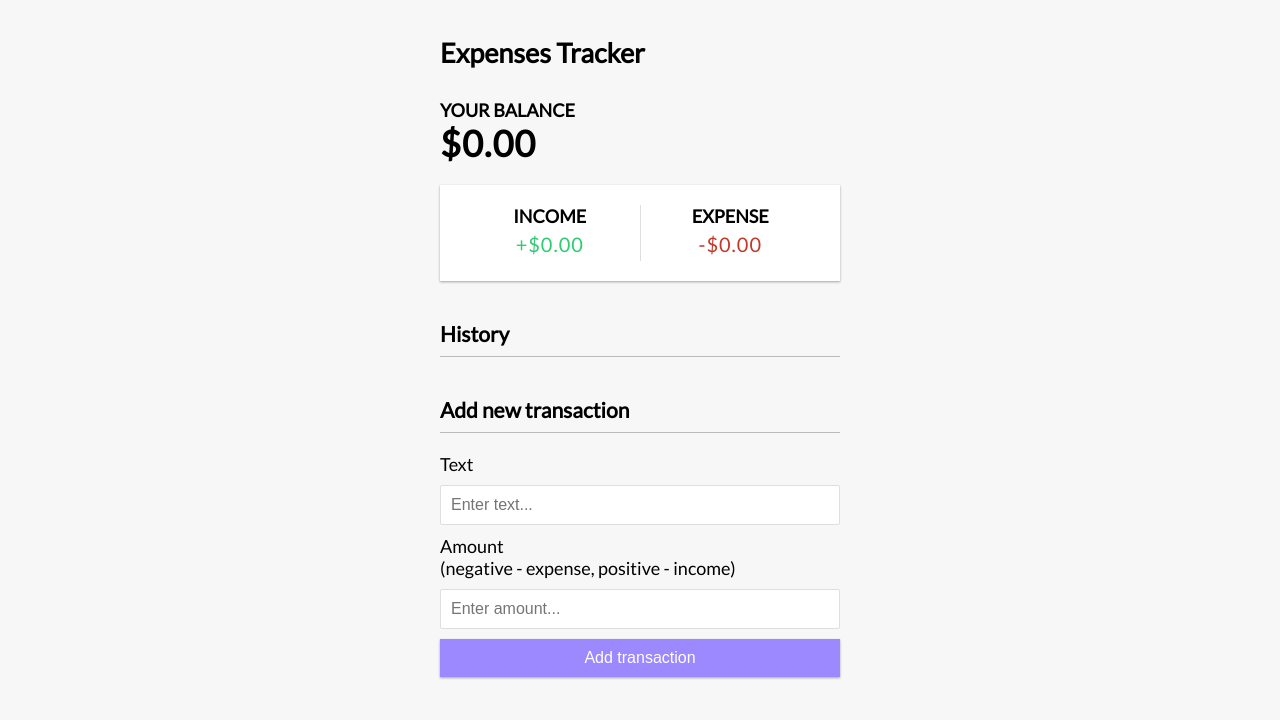
Repository: AyushMahatara/VUE-expense-tracker-app
Page: /
An editor plug-in stored every save of this project. The page is shown before and after a run of saves, followed by the edit.
The browser window is 1280 px wide. The pictures show the whole page.
The project was rebuilt for these pictures with package versions that can differ from the ones it lists, and the page was loaded fresh each time. Also part of the build but not shown: vite.config.js.

Above is the page before, as saved 2023-12-29 14:23:36.

### index.html
<!DOCTYPE html>
<html lang="en">
  <head>
    <meta charset="UTF-8" />
    <link rel="icon" href="/public/favicon.ico" />
    <meta name="viewport" content="width=device-width, initial-scale=1.0" />
    <title>Expense Tracker</title>
  </head>
  <body>
    <div id="app"></div>
    <script type="module" src="/src/main.js"></script>
  </body>
</html>

### src/assets/style.css
@import url("https://fonts.googleapis.com/css?family=Lato&display=swap");

:root {
  --box-shadow: 0 1px 3px rgba(0, 0, 0, 0.12), 0 1px 2px rgba(0, 0, 0, 0.24);
}

* {
  box-sizing: border-box;
}

body {
  background-color: #f7f7f7;
  display: flex;
  flex-direction: column;
  align-items: center;
  justify-content: center;
  min-height: 100vh;
  margin: 0;
  font-family: "Lato", sans-serif;
  font-size: 18px;
}

.container {
  margin: 30px auto;
  width: 400px;
}

h1 {
  letter-spacing: 1px;
  margin: 0;
}

h3 {
  border-bottom: 1px solid #bbb;
  padding-bottom: 10px;
  margin: 40px 0 10px;
}

h4 {
  margin: 0;
  text-transform: uppercase;
}

.inc-exp-container {
  background-color: #fff;
  box-shadow: var(--box-shadow);
  padding: 20px;
  display: flex;
  justify-content: space-between;
  margin: 20px 0;
}

.inc-exp-container > div {
  flex: 1;
  text-align: center;
}

.inc-exp-container > div:first-of-type {
  border-right: 1px solid #dedede;
}

.money {
  font-size: 20px;
  letter-spacing: 1px;
  margin: 5px 0;
}

.money.plus {
  color: #2ecc71;
}

.money.minus {
  color: #c0392b;
}

label {
  display: inline-block;
  margin: 10px 0;
}

input[type="text"],
input[type="number"] {
  border: 1px solid #dedede;
  border-radius: 2px;
  display: block;
  font-size: 16px;
  padding: 10px;
  width: 100%;
}

.btn {
  cursor: pointer;
  background-color: #9c88ff;
  box-shadow: var(--box-shadow);
  color: #fff;
  border: 0;
  display: block;
  font-size: 16px;
  margin: 10px 0 30px;
  padding: 10px;
  width: 100%;
}

.btn:focus,
.delete-btn:focus {
  outline: 0;
}

.list {
  list-style-type: none;
  padding: 0;
  margin-bottom: 40px;
}

.list li {
  background-color: #fff;
  box-shadow: var(--box-shadow);
  color: #333;
  display: flex;
  justify-content: space-between;
  position: relative;
  padding: 10px;
  margin: 10px 0;
}

.list li.plus {
  border-right: 5px solid #2ecc71;
}

.list li.minus {
  border-right: 5px solid #c0392b;
}

.delete-btn {
  cursor: pointer;
  background-color: #e74c3c;
  border: 0;
  color: #fff;
  font-size: 20px;
  line-height: 20px;
  padding: 2px 5px;
  position: absolute;
  top: 50%;
  left: 0;
  transform: translate(-100%, -50%);
  opacity: 0;
  transition: opacity 0.3s ease;
}

.list li:hover .delete-btn {
  opacity: 1;
}

### src/App.vue
<template>
  <Header />
  <div class="container">
    <Balance />
    <IncomeExpenses />
    <TransactionList />
    <AddTransaction />
  </div>
</template>

<script setup>
import Header from "./components/Header.vue";
import Balance from "./components/Balance.vue";
import IncomeExpenses from "./components/IncomeExpense.vue";
import AddTransaction from "./components/AddTransaction.vue";
import TransactionList from "./components/TransactionList.vue";
</script>

### src/components/Header.vue
<template>
  <h2>Expenses Tracker</h2>
</template>

<script></script>

### src/components/Balance.vue
<template>
  <h4>Your Balance</h4>
  <h1 id="balance">$0.00</h1>
</template>

### src/components/IncomeExpense.vue
<template>
  <div class="inc-exp-container">
    <div>
      <h4>Income</h4>
      <p id="money-plus" class="money plus">+$0.00</p>
    </div>
    <div>
      <h4>Expense</h4>
      <p id="money-minus" class="money minus">-$0.00</p>
    </div>
  </div>
</template>

### src/components/AddTransaction.vue
<template>
  <h3>Add new transaction</h3>
  <form id="form">
    <div class="form-control">
      <label for="text">Text</label>
      <input type="text" id="text" placeholder="Enter text..." />
    </div>
    <div class="form-control">
      <label for="amount"
        >Amount <br />
        (negative - expense, positive - income)</label
      >
      <input type="number" id="amount" placeholder="Enter amount..." />
    </div>
    <button class="btn">Add transaction</button>
  </form>
</template>

### src/components/TransactionList.vue
<template>
  <h3>History</h3>
  <ul id="list" class="list">
    <!-- <li class="minus">
          Cash <span>-$400</span><button class="delete-btn">x</button>
        </li> -->
  </ul>
</template>

Loaded but not shown: src/main.js (common file)

After the next 5 saves:
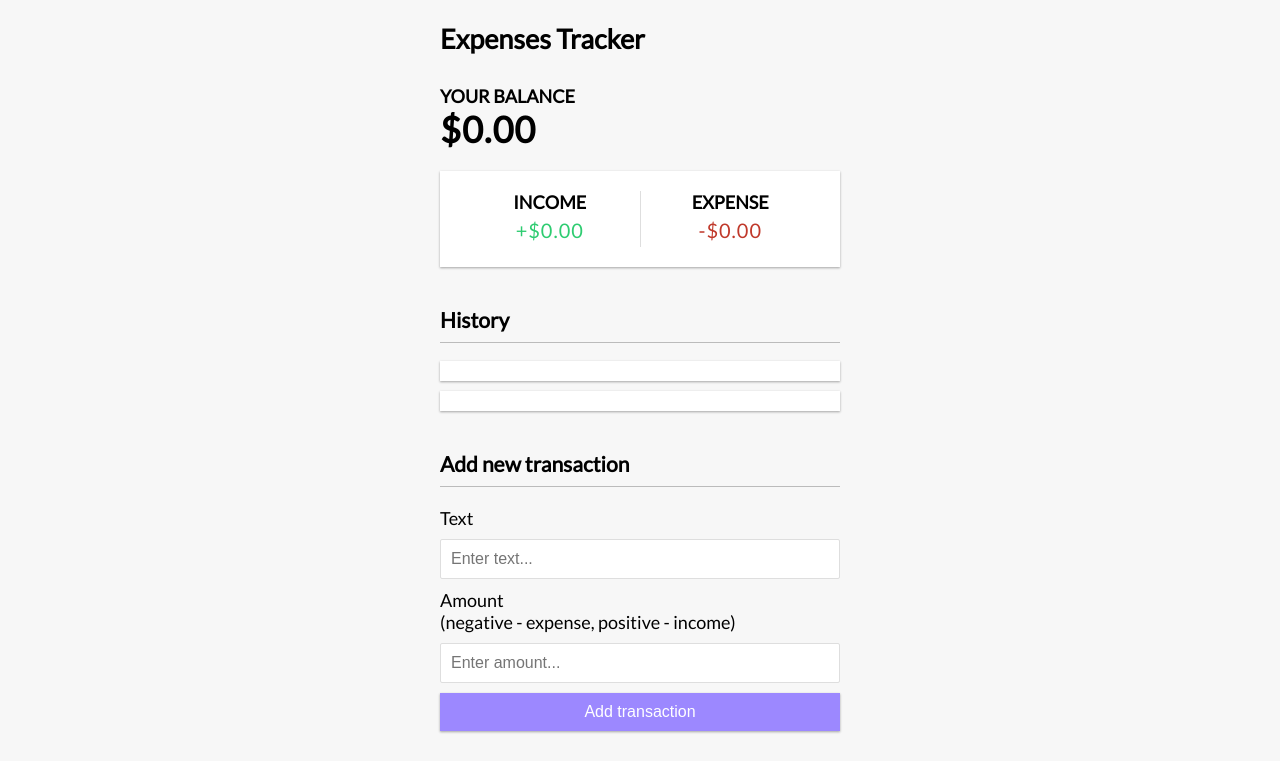
The 5 saves are shown as one change because 4 did not build or start.
The last was saved 7 min 0 s later.
--- a/src/components/TransactionList.vue
+++ b/src/components/TransactionList.vue
@@ -1,8 +1,30 @@
 <template>
   <h3>History</h3>
   <ul id="list" class="list">
+    <li v-for="transaction in transactions"></li>
     <!-- <li class="minus">
           Cash <span>-$400</span><button class="delete-btn">x</button>
         </li> -->
   </ul>
 </template>
+
+<script>
+export default {
+  data() {
+    return {
+      transactions: [
+        {
+          id: 1,
+          text: "Flower",
+          amount: -20,
+        },
+        {
+          id: 2,
+          text: "Book",
+          amount: 220,
+        },
+      ],
+    };
+  },
+};
+</script>
